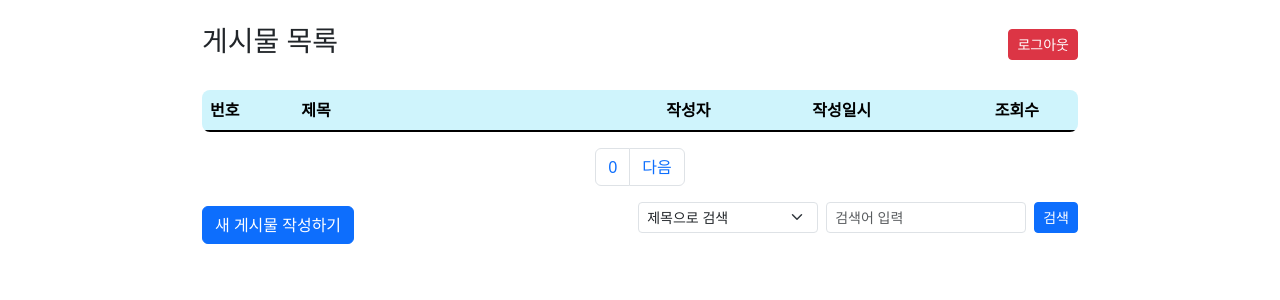
Repository: LHH-commits/SpringBoot_simple_board
Page: http://localhost/lcomputerstudy/WEB-INF/views/list.jsp
These files come from the project's save history. The page is drawn as it stood at one moment and after the next save; the edit follows.
The browser window is 1280 px wide. The pictures show the whole page.
The page is served by Tomcat 9. Nobody is signed in. Other server files are loaded and not shown. The template is opened directly, without the code that normally fills it, so the values that code supplies are empty.

Above is the page before, as saved 2024-09-23 02:21:50.

### lcomputerstudy/src/main/webapp/WEB-INF/views/list.jsp
<%@ page language="java" contentType="text/html; charset=UTF-8" pageEncoding="UTF-8"%>
<%@ taglib prefix="c" uri="http://java.sun.com/jsp/jstl/core"%>

<!DOCTYPE html>
<html>
<head>
<meta charset="UTF-8">
<title>게시물 목록</title>
<script src="https://ajax.googleapis.com/ajax/libs/jquery/1.12.4/jquery.min.js"></script>
<link href="https://cdn.jsdelivr.net/npm/bootstrap@5.3.3/dist/css/bootstrap.min.css" rel="stylesheet" integrity="sha384-QWTKZyjpPEjISv5WaRU9OFeRpok6YctnYmDr5pNlyT2bRjXh0JMhjY6hW+ALEwIH" crossorigin="anonymous">
<script src="https://cdn.jsdelivr.net/npm/bootstrap@5.3.3/dist/js/bootstrap.bundle.min.js" integrity="sha384-YvpcrYf0tY3lHB60NNkmXc5s9fDVZLESaAA55NDzOxhy9GkcIdslK1eN7N6jIeHz" crossorigin="anonymous"></script>
<style>
	.table-fixed {
		table-layout: fixed;
		width: 100%;
	}
	.table-fixed th {
		overflow: hidden;
		text-overflow: ellipsis;
	}
	.table-info {
		border-bottom: 2px solid ;
	}
	.table-rounded {
		border-radius: 0.5rem;
		overflow: hidden;
	}
	.table-bordered {
		border: 1px border-primary-subtle;
	}
</style>
<script>
    function goToList() {
        window.location.href = "/list"; // 전체 리스트로 이동
    }
</script>
</head>
<body>
    <div class="container-md mt-4" style="max-width:900px">
    	<div class="d-flex justify-content-between align-items-center mb-4">
    		<h1 class="h3" onclick="goToList()" style="cursor: pointer;">게시물 목록</h1>
    		<a href="/logout" class="btn btn-danger btn-sm">로그아웃</a>
    	</div>

    <table class="table table-hover table-fixed table-rounded">
        <thead class="table-info">
            <tr>
                <th style="width: 5%">번호</th>
                <th style="width: 20%">제목</th>
                <th style="width: 8%">작성자</th>
                <th style="width: 10%">작성일시</th>
                <th style="width: 5%">조회수</th>
            </tr>
        </thead>
        <tbody>
            <c:forEach var="item" items="${list}">
                <tr>
                    <td>${item.bId}</td>
                    <td><a href="/detailBoard?bId=${item.bId}&page=${pagination.page}&searchOption=${searchparam.searchOption}&searchKeyword=${searchparam.searchKeyword}"
                    class="text-decoration-none">${item.bTitle}</a></td>
                    <td>${item.bWriter}</td>
                    <td>${item.bDateTime}</td>
                    <td>${item.bViews}</td>
                </tr>
            </c:forEach>
        </tbody>
    </table>
    <nav>
		<ul class="pagination justify-content-center">
		    <c:if test="${pagination.prevPage > 0}">
		    	<li class="page-item">
		        	<a class="page-link" href="/list?page=${pagination.prevPage}&searchOption=${searchparam.searchOption}&searchKeyword=${searchparam.searchKeyword}">이전</a>
		    </c:if>
		    <c:forEach var="i" begin="${pagination.startPage}" end="${pagination.endPage}">
		    	<li class="page-item ${i == pagination.page ? 'active' : ''}">
		        	<a class="page-link" href="/list?page=${i}&searchOption=${searchparam.searchOption}&searchKeyword=${searchparam.searchKeyword}">${i}</a>
		        </li>
		    </c:forEach>
		    <c:if test="${pagination.nextPage <= pagination.lastPage}">
		    	<li class="page-item">
		        	<a class="page-link" href="/list?page=${pagination.nextPage}&searchOption=${searchparam.searchOption}&searchKeyword=${searchparam.searchKeyword}">다음</a>
		    	</li>
		    </c:if>
		</ul>
	</nav>
		<div class="d-flex justify-content-between align-items-center mb-4">
	        <a href="/insertBoard" class="btn btn-primary btn-md">새 게시물 작성하기</a>
	        <form action="/list" method="get" class="d-flex mb-3">
			    <select name="searchOption" class="form-select form-select-sm me-2" style="width:180px">
			        <option value="title" ${searchparam.searchOption == 'title' ? 'selected' : ''}>제목으로 검색</option>
			        <option value="content" ${searchparam.searchOption == 'content' ? 'selected' : ''}>내용으로 검색</option>
			        <option value="titleContent" ${searchparam.searchOption == 'titleContent' ? 'selected' : ''}>제목+내용으로 검색</option>
			    </select>
		    	<input type="text" name="searchKeyword" class="form-control form-control-sm me-2" style="width:200px" value="${searchparam.searchKeyword != null ? searchparam.searchKeyword : ''}" placeholder="검색어 입력">
		   		<button type="submit" class="btn btn-primary btn-sm">검색</button>
			</form>
		</div>
    </div>
</body>
</html>

After the next save:
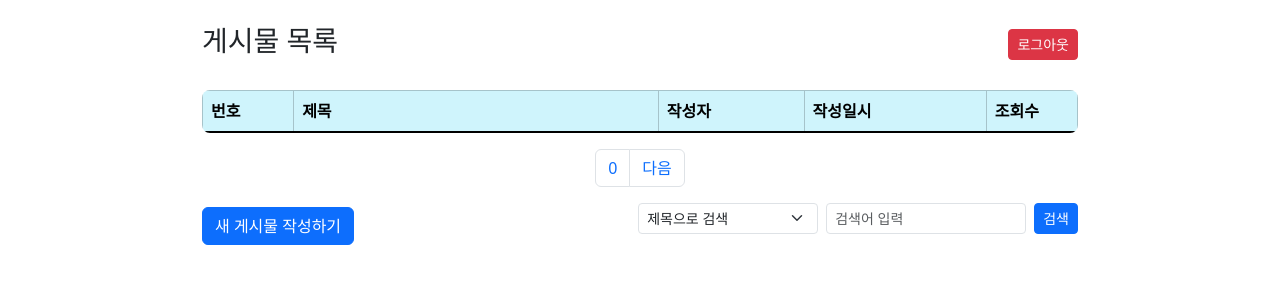
Saved 7 s later.
--- a/lcomputerstudy/src/main/webapp/WEB-INF/views/list.jsp
+++ b/lcomputerstudy/src/main/webapp/WEB-INF/views/list.jsp
@@ -42,7 +42,7 @@
     		<a href="/logout" class="btn btn-danger btn-sm">로그아웃</a>
     	</div>
 
-    <table class="table table-hover table-fixed table-rounded">
+    <table class="table table-hover table-fixed table-rounded table-bordered">
         <thead class="table-info">
             <tr>
                 <th style="width: 5%">번호</th>

After the 3 saves that followed:
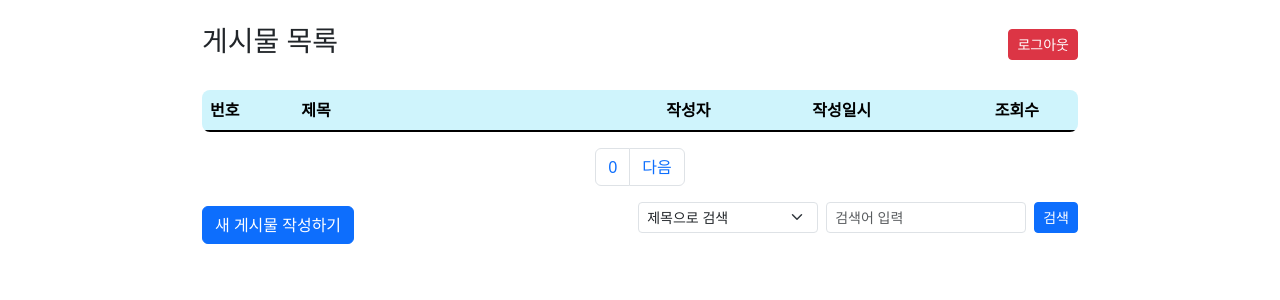
The 3 saves are shown as one change because 2 left the picture as it was.
The last was saved 58 s later.
--- a/lcomputerstudy/src/main/webapp/WEB-INF/views/list.jsp
+++ b/lcomputerstudy/src/main/webapp/WEB-INF/views/list.jsp
@@ -25,9 +25,6 @@
 		border-radius: 0.5rem;
 		overflow: hidden;
 	}
-	.table-bordered {
-		border: 1px border-primary-subtle;
-	}
 </style>
 <script>
     function goToList() {
@@ -42,7 +39,7 @@
     		<a href="/logout" class="btn btn-danger btn-sm">로그아웃</a>
     	</div>
 
-    <table class="table table-hover table-fixed table-rounded table-bordered">
+    <table class="table table-hover table-fixed table-rounded">
         <thead class="table-info">
             <tr>
                 <th style="width: 5%">번호</th>
